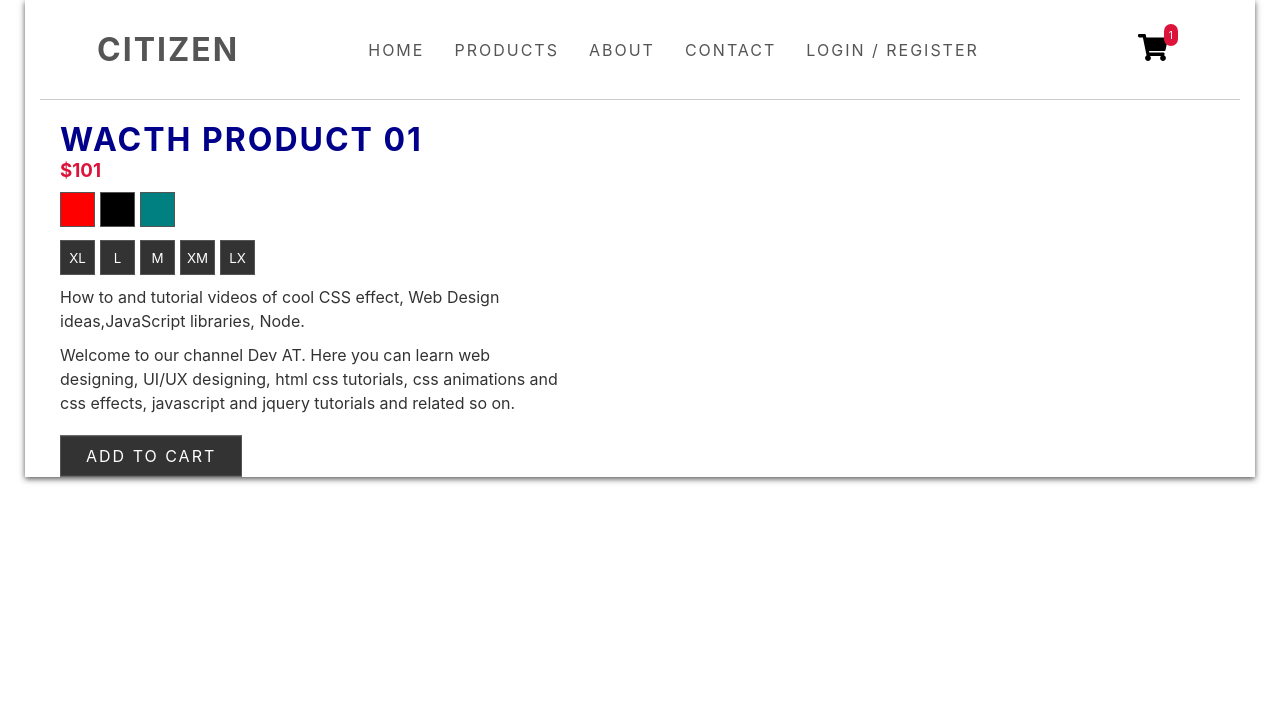
Repository: kiienle/shopping-cart
Page: /cart
These files come from the project's save history. The page is drawn as it stood at one moment and after a run of saves; the edit follows.
The browser window is 1280 px wide. The pictures show the whole page.
The project was rebuilt for these pictures with package versions that can differ from the ones it lists, and the page was loaded fresh each time. Also part of the build but not shown: src/components/Products.js, src/components/DetailsThumb.js, src/components/Details.js, src/App.css.

Above is the page before, as saved 2021-12-17 21:46:28.

After the next 2 saves:
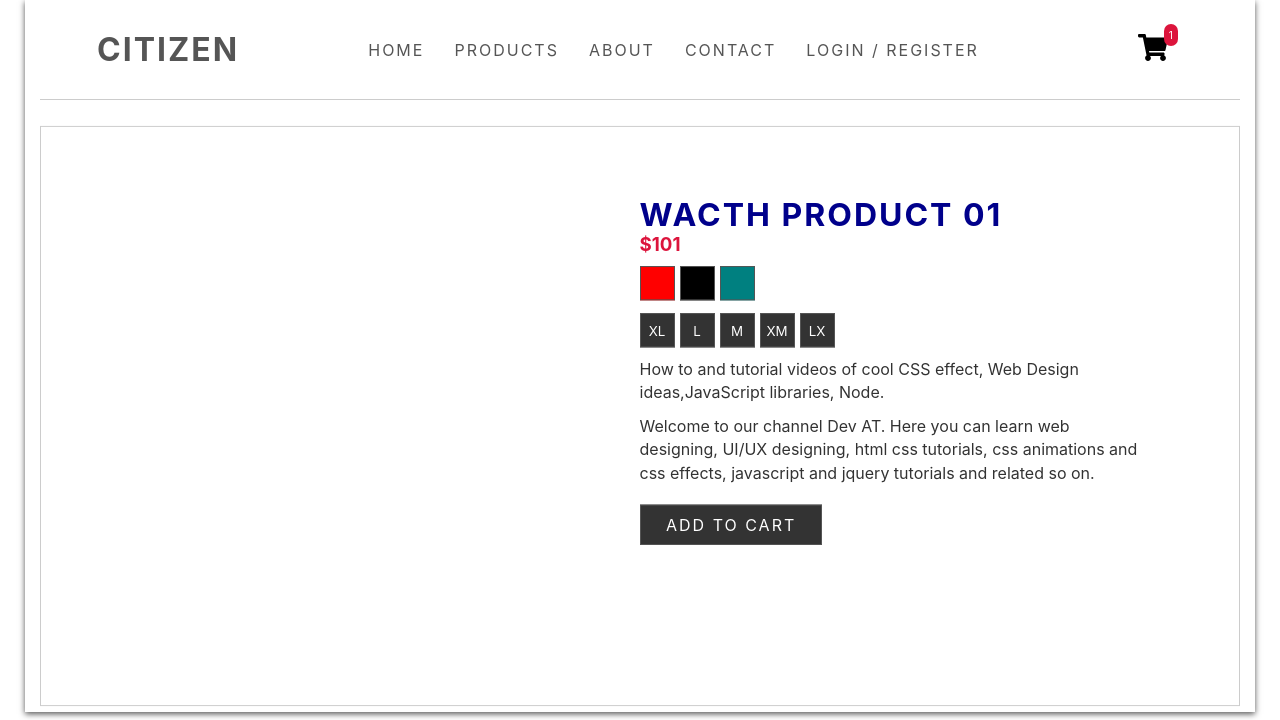
The 2 saves are shown as one change because 1 did not build or start.
The last was saved 2 min 0 s later.
--- a/src/components/Cart.js
+++ b/src/components/Cart.js
@@ -10,13 +10,10 @@ export default function Cart() {
     return (
         <>
             {cart.map(product =>
-                <div className='cart-icon' key={product._id}>
+                <div className='details cart' key={product._id}>
                     <div
                         className='img-container'
-                        // onMouseMove={handleMouseMove}
-                        // style={{ backgroudImage: `url(${product.images[index]})` }}
-                        // ref={imgDiv}
-                        // onMouseLeave={() => imgDiv.current.style.backgroundPosition = `center`}
+                        style={{ backgroudImage: `url(${product.images[0]})` }}
                     />
                     <div className='box-details'>
                         <h2 title={product.title}>{product.title}</h2>
